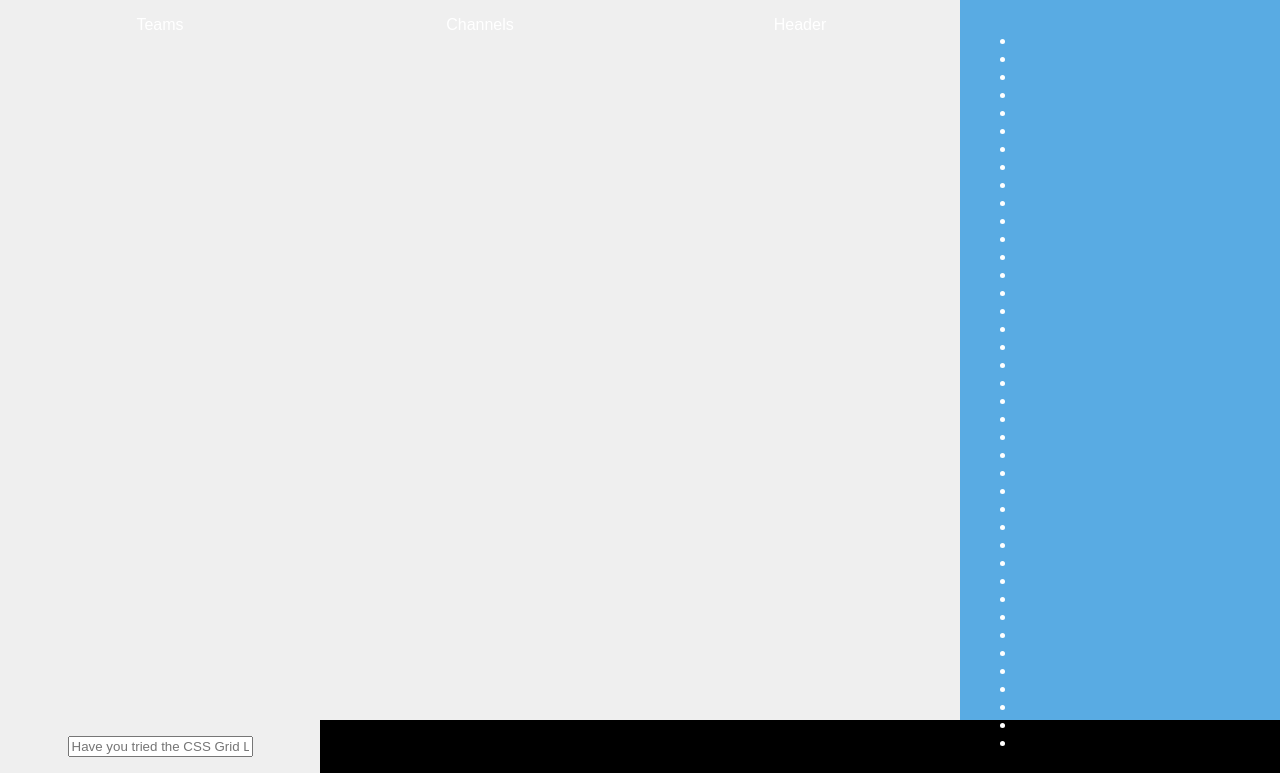
Repository: chaiyilin/css
Page: src/grid/05-slack-example/index.html
An editor plug-in stored every save of this project. The page is shown before and after the next save, followed by the edit.
The browser window is 1280 px wide. The pictures show the whole page.
An inner scrolling area shows only its first screen.

Above is the page before, as saved 2018-03-15 21:46:31.

### src/grid/05-slack-example/index.html
<!DOCTYPE html>
<html lang="en" dir="ltr">

<head>
    <meta charset="UTF-8">
    <title>Title</title>
    <link rel="stylesheet" type="text/css" href="index.css" />
</head>

<body>
    <div class="app-layout">
        <div class="teams box">Teams</div>
        <div class="channels box">Channels</div>
        <div class="header box">Header</div>
        <div class="messages box">
            <ul class="message-list">
                <li></li>
                <li></li>
                <li></li>
                <li></li>
                <li></li>
                <li></li>
                <li></li>
                <li></li>
                <li></li>
                <li></li>
                <li></li>
                <li></li>
                <li></li>
                <li></li>
                <li></li>
                <li></li>
                <li></li>
                <li></li>
                <li></li>
                <li></li>
                <li></li>
                <li></li>
                <li></li>
                <li></li>
                <li></li>
                <li></li>
                <li></li>
                <li></li>
                <li></li>
                <li></li>
                <li></li>
                <li></li>
                <li></li>
                <li></li>
                <li></li>
                <li></li>
                <li></li>
                <li></li>
                <li></li>
                <li></li>
            </ul>
        </div>
        <div class="input box">
            <input type="text" placeholder="Have you tried the CSS Grid Layout Module?">
        </div>
    </div>
</body>

</html>

### src/grid/05-slack-example/index.css
body {
  margin: 0;
  font-family: Arial;
  background-color: #f2f2f2;
}

.box {
  color: #fff;
  padding: 1em;
  text-align: center;
  background-color: #efefef;
}

.tweets {
  background-color: #a2ded0;
}
.replies {
  background-color: #f4d03f;
}
.search {
  background-color: #6c7a89;
}
.messages {
  background-color: #59abe3;
}

/* Our Grid Code */
.app-layout {
  display: grid;
  grid-template-areas:
    "tweets replies"
    "search messgaes";
  grid-template-columns: 1fr 1fr 1fr 1fr;
  grid-template-rows: 100vh;
}
body {
  background-color: #000;
}
/* .tweets { grid-area: replies; } */

After the next save:
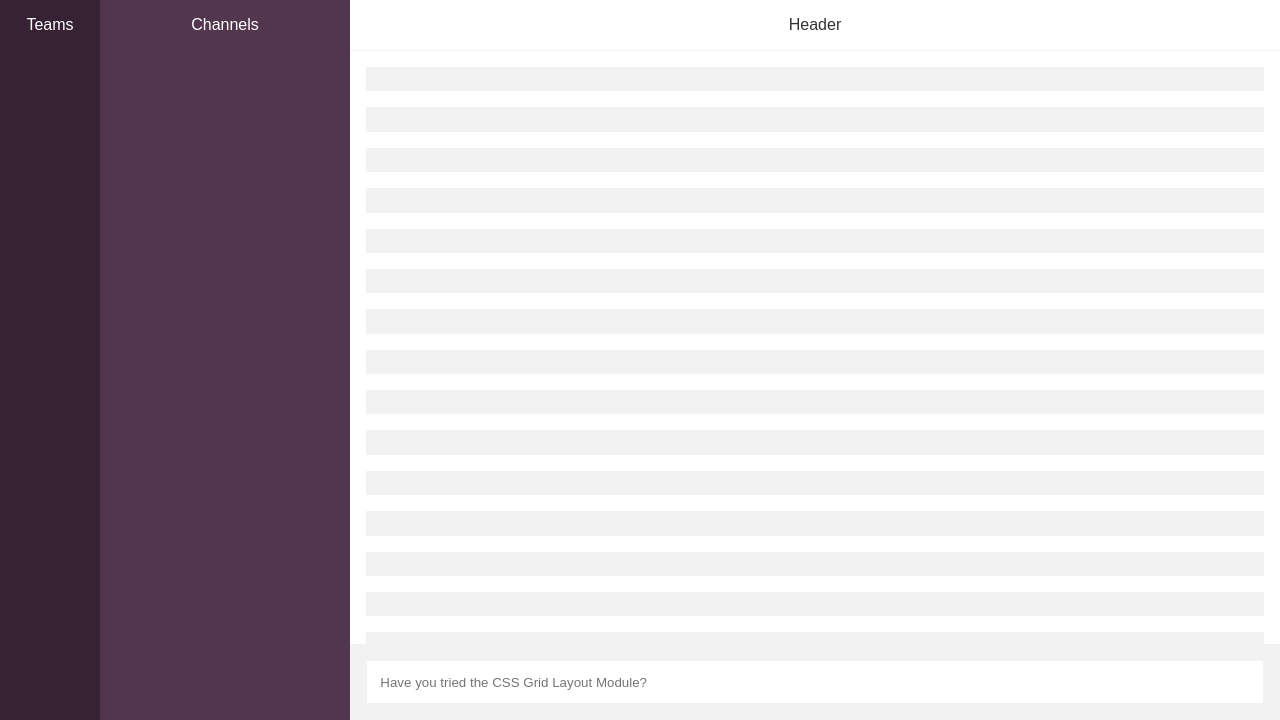
Saved 9 s later.
--- a/src/grid/05-slack-example/index.css
+++ b/src/grid/05-slack-example/index.css
@@ -1,3 +1,9 @@
+*,
+*:before,
+*:after {
+  box-sizing: border-box;
+}
+
 body {
   margin: 0;
   font-family: Arial;
@@ -8,32 +14,77 @@ body {
   color: #fff;
   padding: 1em;
   text-align: center;
-  background-color: #efefef;
 }
 
-.tweets {
-  background-color: #a2ded0;
+input {
+  width: 100%;
+  padding: 1em;
+  outline: none;
+  border: 1px solid #f2f2f2;
 }
-.replies {
-  background-color: #f4d03f;
+
+.message-list {
+  margin: 0;
+  padding: 0;
 }
-.search {
-  background-color: #6c7a89;
-}
-.messages {
-  background-color: #59abe3;
+
+.message-list li {
+  padding: 0.2em;
+  margin-top: 1em;
+  margin-bottom: 1em;
+  background-color: #f2f2f2;
 }
 
 /* Our Grid Code */
+
 .app-layout {
   display: grid;
-  grid-template-areas:
-    "tweets replies"
-    "search messgaes";
-  grid-template-columns: 1fr 1fr 1fr 1fr;
-  grid-template-rows: 100vh;
+  height: 100vh;
+  grid-template-columns: 100px 250px 1fr;
+  grid-template-rows: auto 1fr auto;
 }
-body {
-  background-color: #000;
+
+.header {
+  background-color: #ffffff;
 }
-/* .tweets { grid-area: replies; } */
+.teams {
+  background-color: #362233;
+}
+.channels {
+  background-color: #52364e;
+}
+.messages {
+  background-color: #ffffff;
+}
+.write {
+  background-color: #f2f2f2;
+}
+
+.teams {
+  grid-column: 1;
+  grid-row: 1 / 4;
+}
+
+.channels {
+  grid-column: 2;
+  grid-row: 1 / 4;
+}
+
+.header {
+  grid-column: 3;
+  grid-row: 1;
+  color: #333;
+  border-bottom: 1px solid #f2f2f2;
+}
+
+.messages {
+  grid-column: 3;
+  grid-row: 2;
+  padding: 0 1em;
+  overflow-y: scroll;
+}
+
+.input {
+  grid-column: 3;
+  grid-row: 3;
+}
